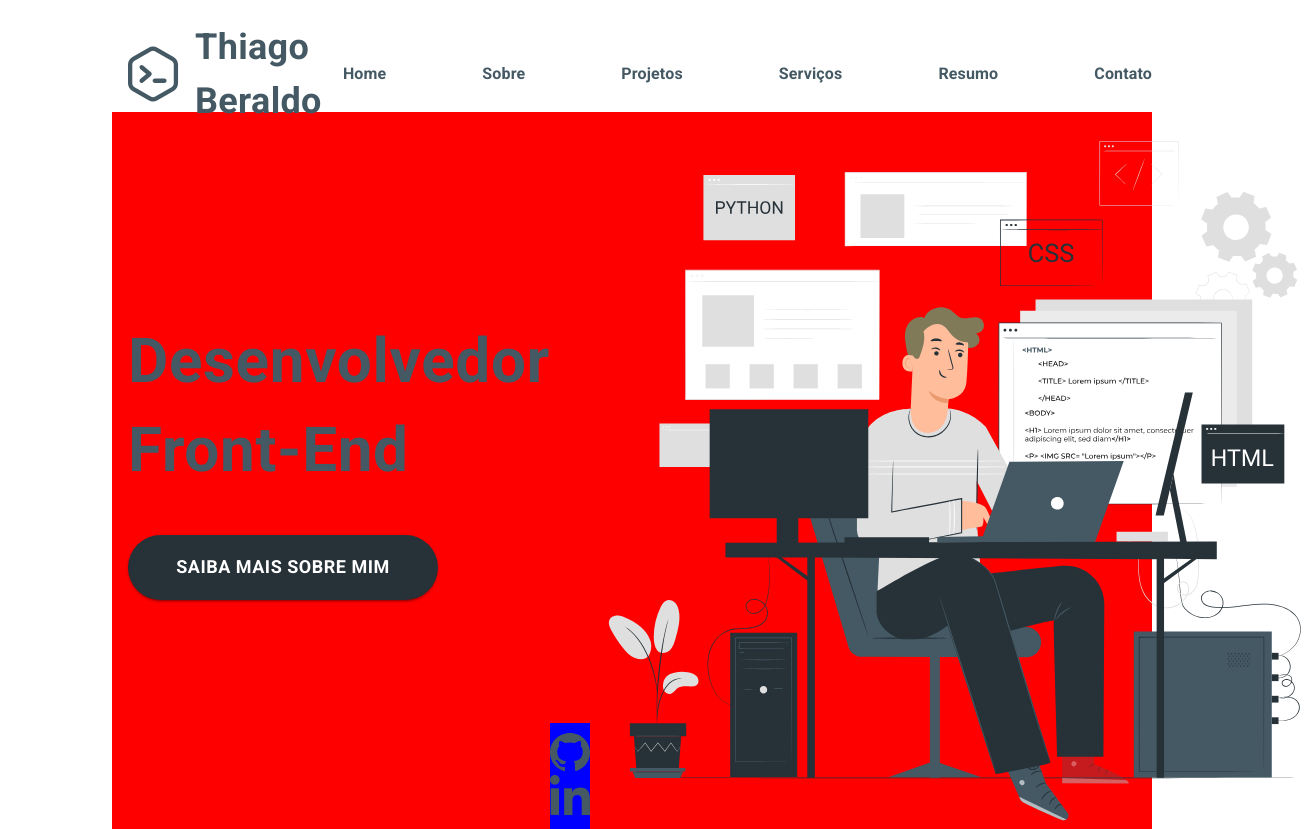
Repository: lenx0/myportfolio
Page: /
These files come from the project's save history. The page is drawn as it stood at one moment and after the next save; the edit follows.
The browser window is 1280 px wide. The page is 1311 px wide, so the pictures cover 1311 px, including what lies to the right of the window. The pictures show the whole page.
The project was rebuilt for these pictures with package versions that can differ from the ones it lists, and the page was loaded fresh each time. Also part of the build but not shown: vite.config.js.

Above is the page before, as saved 2024-06-07 10:33:30.

After the next save:
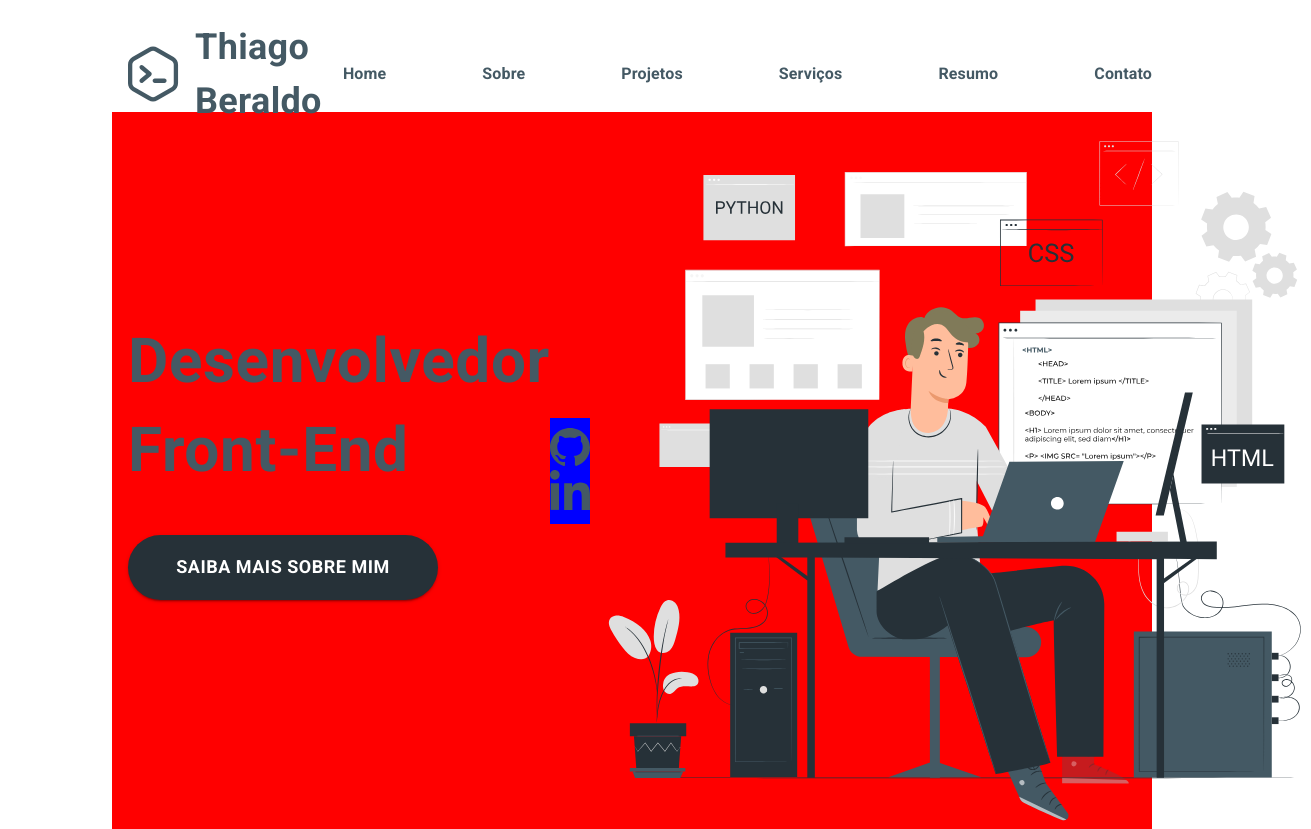
Saved 13 s later.
--- a/src/components/Home/index.jsx
+++ b/src/components/Home/index.jsx
@@ -41,6 +41,7 @@
           Saiba mais sobre mim
         </Button>
       </Grid>
+      <Box>
       <Box
         sx={{
           justifyContent: "center",
@@ -54,6 +55,8 @@
         </Box>
         <img src={Linkedin} />
       </Box>
+      </Box>
+
       <Grid item>
         <img src={HomeArt} alt="Home Art" />
       </Grid>

After the 3 saves that followed:
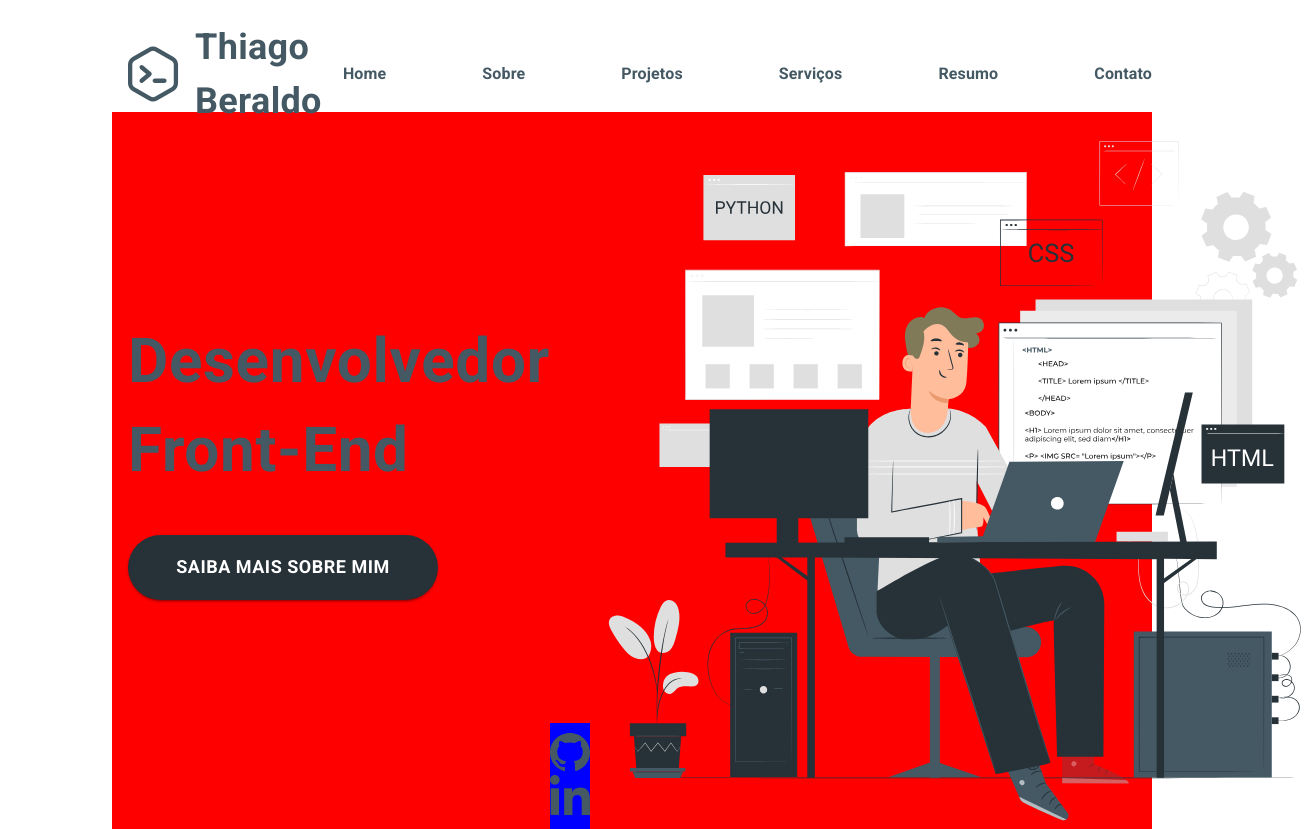
The 3 saves are shown as one change because they came seconds apart.
The last was saved 12 s later.
--- a/src/components/Home/index.jsx
+++ b/src/components/Home/index.jsx
@@ -41,7 +41,6 @@
           Saiba mais sobre mim
         </Button>
       </Grid>
-      <Box>
       <Box
         sx={{
           justifyContent: "center",
@@ -51,10 +50,11 @@
         }}
       >
         <Box>
-          <img src={Github} />
+          <Box>
+            <img src={Github} />
+          </Box>
+          <img src={Linkedin} />
         </Box>
-        <img src={Linkedin} />
-      </Box>
       </Box>
 
       <Grid item>
